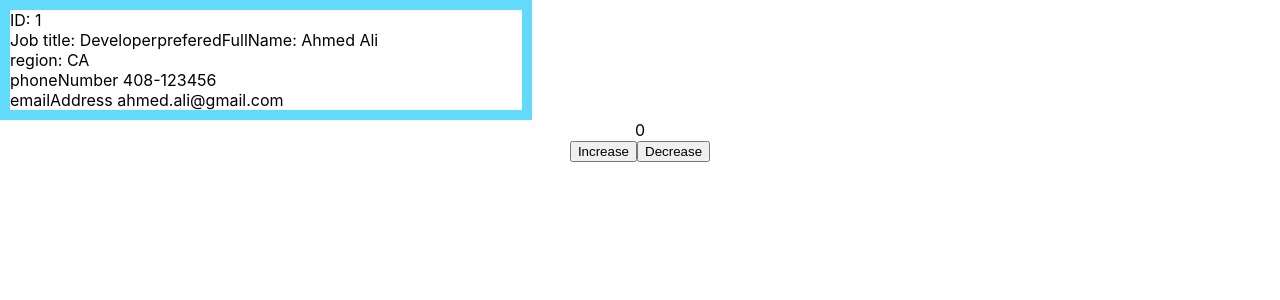
Repository: walaaElbasha/React-Counter
Page: /
An editor plug-in stored every save of this project. The page is shown before and after the next save, followed by the edit.
The browser window is 1280 px wide. The pictures show the whole page.
The project was rebuilt for these pictures with package versions that can differ from the ones it lists, and the page was loaded fresh each time.

Above is the page before, as saved 2021-04-25 18:23:45.

After the next save:
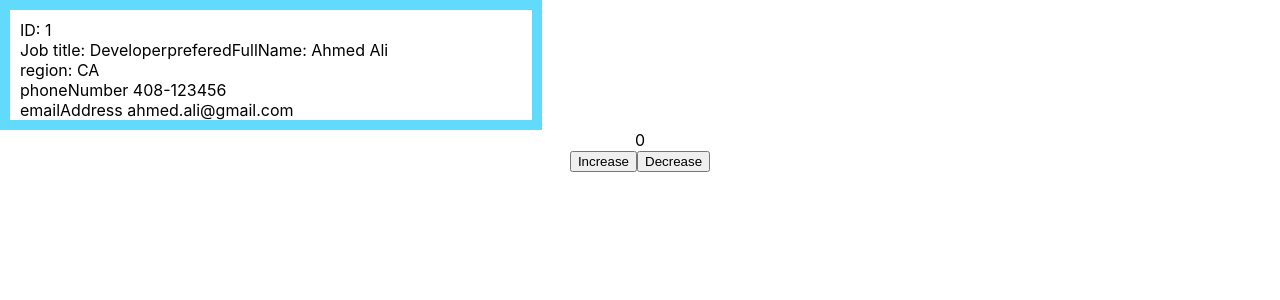
Saved 31 s later.
--- a/src/App.css
+++ b/src/App.css
@@ -44,5 +44,7 @@ width :40%;
 float:center;
 flex-direction: row;
 float: center;
+padding-left:10px;
+padding-top: 10px;
 
 }
